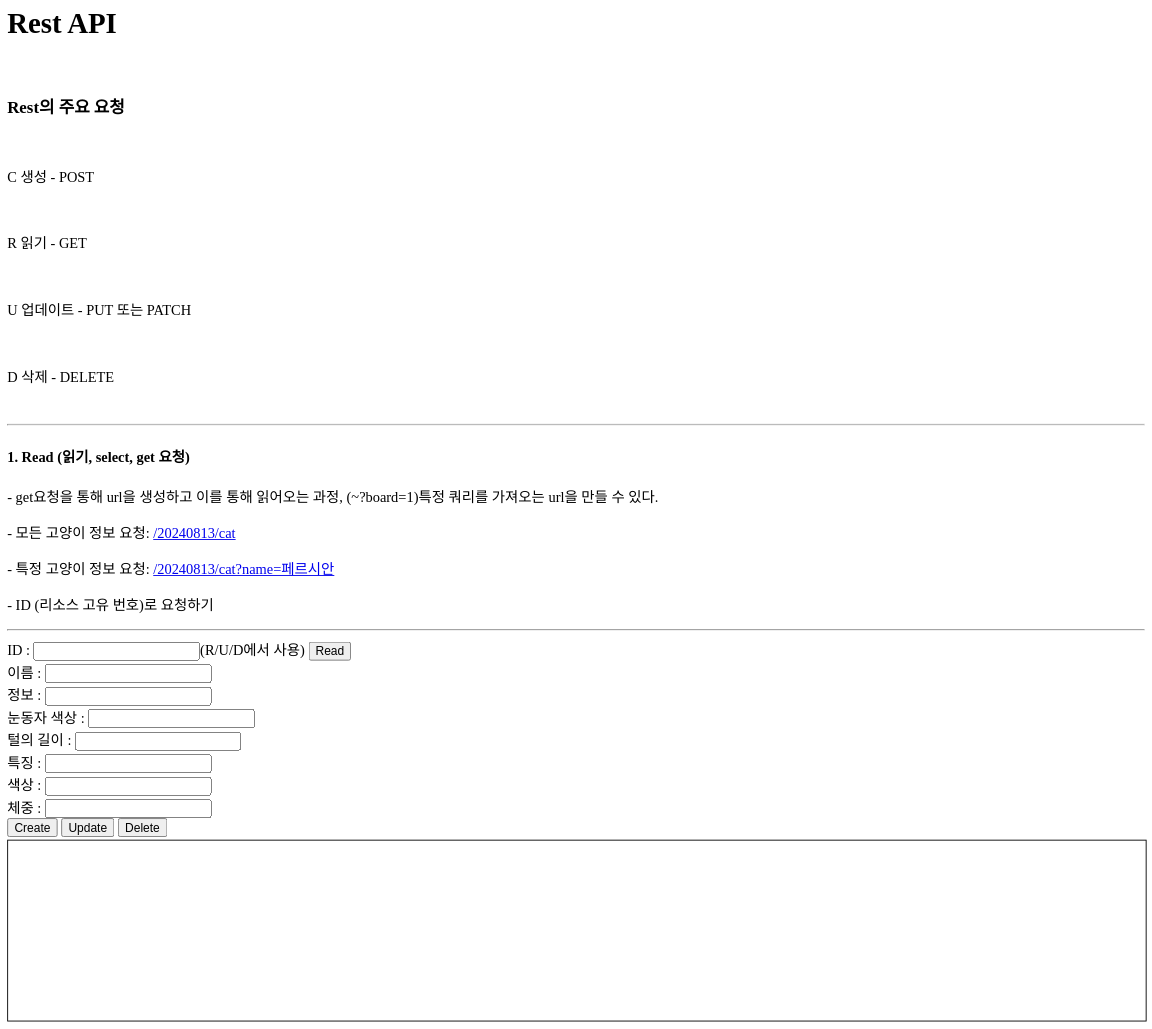
Repository: bus94/fullstack_part4
Page: http://localhost/20240813/WEB-INF/views/home.jsp
An editor plug-in stored every save of this project. The page is shown before and after the next save, followed by the edit.
The browser window is 1280 px wide. The pictures show the whole page, at 90% of full size.
The page is served by Tomcat 9. Nobody is signed in. Other server files are loaded and not shown. The template is opened directly, without the code that normally fills it, so the values that code supplies are empty.

Above is the page before, as saved 2024-08-13 03:17:50.

### 20240813/src/main/webapp/WEB-INF/views/home.jsp
<%@ page language="java" contentType="text/html; charset=UTF-8"
	pageEncoding="UTF-8"%>
<%@ page session="false"%>

<%@ taglib prefix="c" uri="http://java.sun.com/jsp/jstl/core"%>
<%@ taglib prefix="fn" uri="http://java.sun.com/jsp/jstl/functions"%>
<%@ taglib prefix="fmt" uri="http://java.sun.com/jsp/jstl/fmt"%>
<c:set var="path" value="${pageContext.request.contextPath }" />
<html>
<head>
<title>Home</title>
<script src="https://code.jquery.com/jquery-3.7.1.min.js"
	integrity="sha256-/JqT3SQfawRcv/BIHPThkBvs0OEvtFFmqPF/lYI/Cxo="
	crossorigin="anonymous"></script>

<style>
#div1 {
	height: 200px;
	width: 100%;
	border: 1px solid black;
	margin-top: 3px;
}
</style>
</head>
<body>
	<h1>Rest API</h1>
	<br>
	<h3>Rest의 주요 요청</h3>
	<br>
	<p>C 생성 - POST</p>
	<br>
	<p>R 읽기 - GET</p>
	<br>
	<p>U 업데이트 - PUT 또는 PATCH</p>
	<br>
	<p>D 삭제 - DELETE</p>
	<br>
	<hr>

	<h4>1. Read (읽기, select, get 요청)</h4>
	<p>- get요청을 통해 url을 생성하고 이를 통해 읽어오는 과정, (~?board=1)특정 쿼리를 가져오는 url을
		만들 수 있다.</p>
	<p>
		- 모든 고양이 정보 요청: <a href="${path}/cat">${path}/cat</a>
	</p>
	<p>
		- 특정 고양이 정보 요청: <a href="${path}/cat?name=페르시안">${path}/cat?name=페르시안</a>
	</p>
	<p>
		- ID (리소스 고유 번호)로 요청하기 <a href="${path}/cat/1"></a>
	</p>

	<hr>

	ID :
	<input type="text" id='id'>(R/U/D에서 사용)
	<button id="readRequest">Read</button>
	<br> 이름 :
	<input type="text" id="name">
	<br> 정보 :
	<input type="text" id="info">
	<br> 눈동자 색상 :
	<input type="text" id="eyeColor">
	<br> 털의 길이 :
	<input type="text" id="hairLength">
	<br> 특징 :
	<input type="text" id="features">
	<br> 색상 :
	<input type="text" id="color">
	<br> 체중 :
	<input type="text" id="weight">
	<br>
	<button id="createRequest">Create</button>
	<button id="updateRequest">Update</button>
	<button id="deleteRequest">Delete</button>
	<div id="div1"></div>

	<script>
		$('#readRequest').click(() => {
			// input id값 가져오기
			let id = $('#id').val();
			$.ajax({
				method: 'get',
				url: '${path}/catWeb/' + id,
				contentType: 'application/json',
				dataType: 'json',
				success: (result)=>{
					alert('get 성공!!');
					$('#div1').html(JSON.stringify(result));
				},
				error: (e)=>{
					alert('전송 실패!!');
				}
			});
		});

		// create 버튼 클릭 시 실행
		$('#createRequest').click(() => {
			let name = $('#name').val();
			let info = $('#info').val();
			let eyeColor = $('#eyeColor').val();
			let hairLength = $('#hairLength').val();
			let features = $('#features').val();
			let color = $('#color').val();
			let weight = $('#weight').val();
			$.ajax({
				method: 'post',
				url: '${path}/catWeb/',
				contentType: 'application/json',
				dataType: 'json',
				data: JSON.stringify({name, info, eyeColor, hairLength, features, color, weight}),
				success: (result)=>{
					alert('create 성공!!');
					$('#div1').html(JSON.stringify(result));
				},
				error: (e)=>{
					alert('전송 실패!!');
				}
			});
		});

		// update 버튼 클릭 시 실행
		$('#updateRequest').click(() => {
			let id = $('#id').val();
			let name = $('#name').val();
			let info = $('#info').val();
			let eyeColor = $('#eyeColor').val();
			let hairLength = $('#hairLength').val();
			let features = $('#features').val();
			let color = $('#color').val();
			let weight = $('#weight').val();
			$.ajax({
				method: 'put', // update 호출
				url: '${path}/catWeb/' + id,
				contentType: 'application/json',
				dataType: 'json',
				data: JSON.stringify({id, name, info, eyeColor, hairLength, features, color, weight}),
				success: (result)=>{
					alert('update 성공!!');
					$('#div1').html(JSON.stringify(result));
				},
				error: (e)=>{
					alert('전송 실패!!');
				}
			});
		});

		// delete 버튼 클릭 시 실행
		$('#deleteRequest').click(() => {
			let id = $('#id').val();
			$.ajax({
				method: 'delete', // delete 호출
				url: '${path}/catWeb/' + id,
				contentType: 'application/json',
				dataType: 'json',
				success: (result)=>{
					alert('delete 성공!!');
					$('#div1').html(JSON.stringify(result));
				},
				error: (e)=>{
					alert('전송 실패!!');
				}
			});
		});
	</script>
</body>
</html>

After the next save:
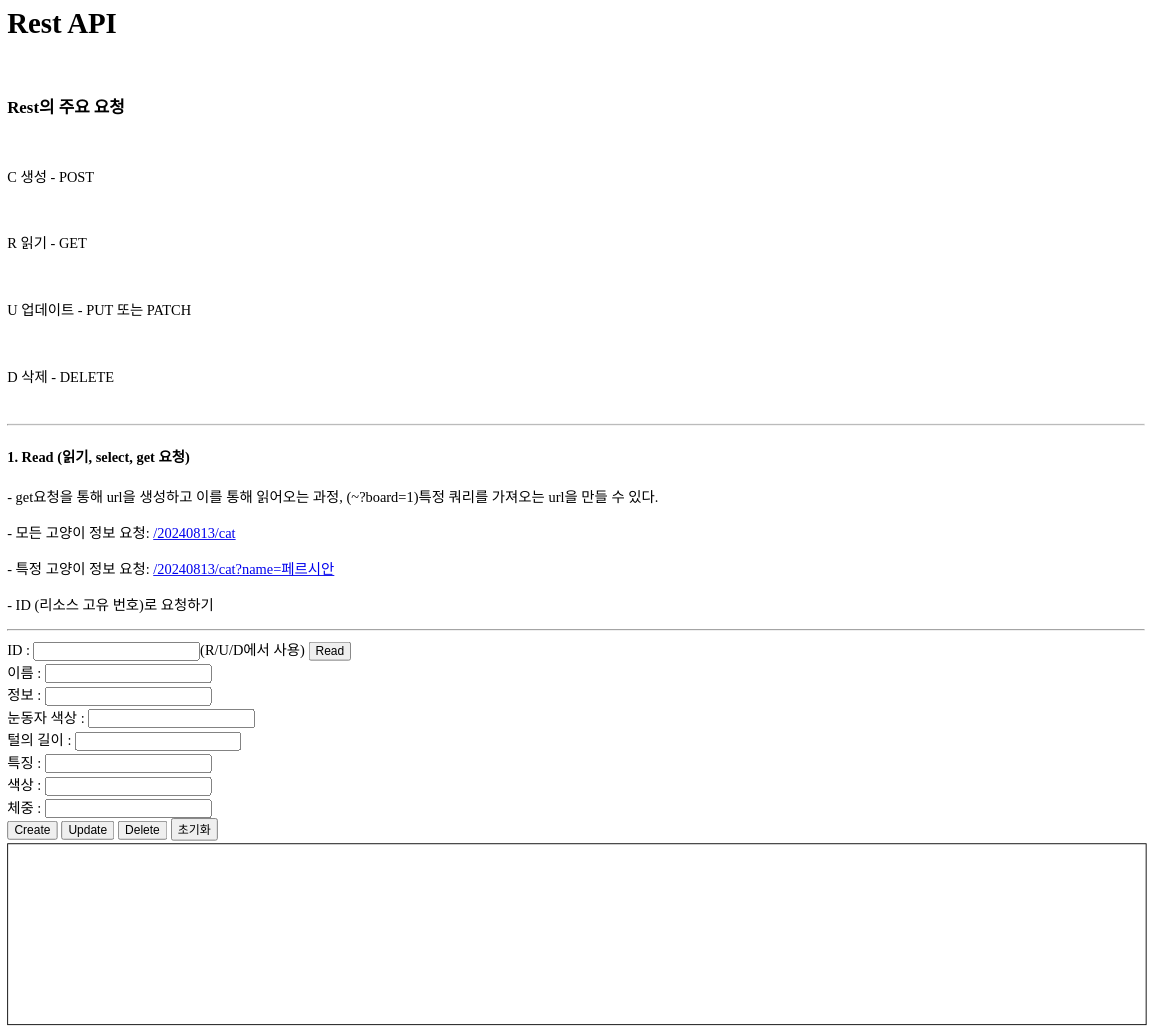
Saved 70 s later.
--- a/20240813/src/main/webapp/WEB-INF/views/home.jsp
+++ b/20240813/src/main/webapp/WEB-INF/views/home.jsp
@@ -73,6 +73,7 @@
 	<button id="createRequest">Create</button>
 	<button id="updateRequest">Update</button>
 	<button id="deleteRequest">Delete</button>
+	<button type="reset">초기화</button>
 	<div id="div1"></div>
 
 	<script>
